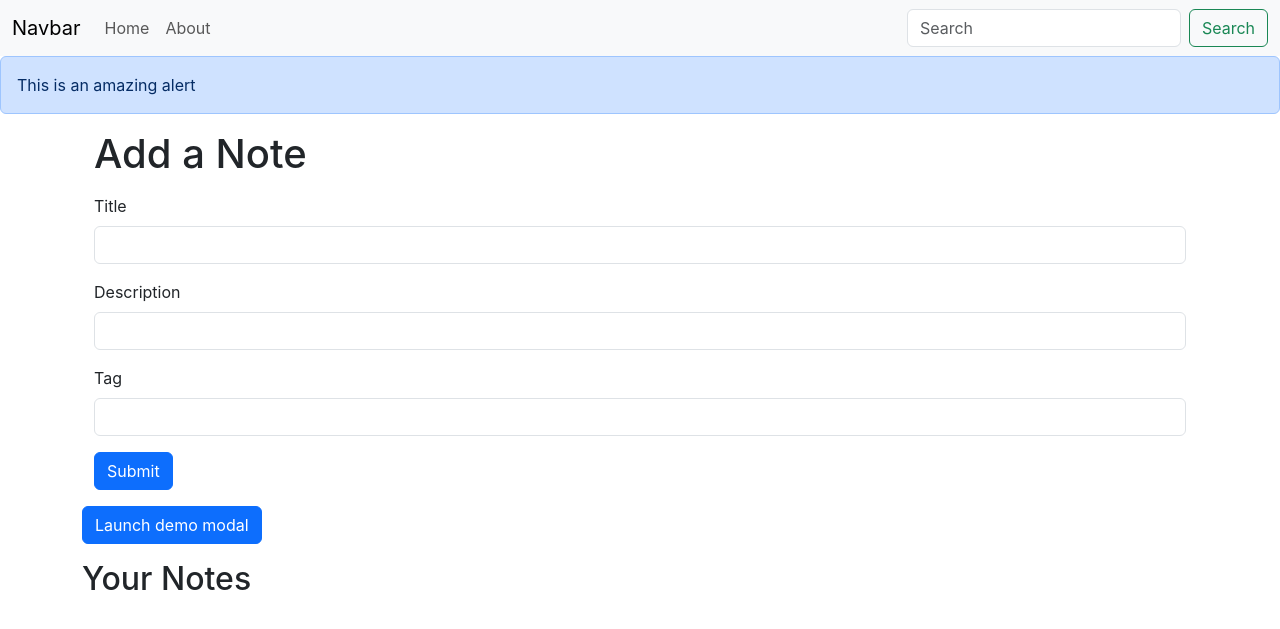
Repository: bhaveshdaipuria/inotebook
Page: /home
These files come from the project's save history. The page is drawn as it stood at one moment and after the next save; the edit follows.
The browser window is 1280 px wide. The pictures show the whole page.
The page's requests for data from a server got no answer. Some web libraries are served in a nearby version. The project was rebuilt for these pictures with package versions that can differ from the ones it lists, and the page was loaded fresh each time. No one was signed in, and anything a server would have sent is missing. Also part of the build but not shown: src/App.css, src/components/NoteItem.js, src/components/About.js.

Above is the page before, as saved 2023-05-04 18:28:47.

### public/index.html
<!DOCTYPE html>
<html lang="en">
  <head>
    <meta charset="utf-8" />
    <link rel="icon" href="%PUBLIC_URL%/favicon.ico" />
    <meta name="viewport" content="width=device-width, initial-scale=1" />
    <meta name="theme-color" content="#000000" />
    <meta
      name="description"
      content="Web site created using create-react-app"
    />
    <link rel="apple-touch-icon" href="%PUBLIC_URL%/logo192.png" />
    <link href="https://cdn.jsdelivr.net/npm/bootstrap@5.3.0-alpha3/dist/css/bootstrap.min.css" rel="stylesheet" integrity="sha384-KK94CHFLLe+nY2dmCWGMq91rCGa5gtU4mk92HdvYe+M/SXH301p5ILy+dN9+nJOZ" crossorigin="anonymous">
    <!--
      manifest.json provides metadata used when your web app is installed on a
      user's mobile device or desktop. See https://developers.google.com/web/fundamentals/web-app-manifest/
    -->
    <link rel="manifest" href="%PUBLIC_URL%/manifest.json" />
    <!--
      Notice the use of %PUBLIC_URL% in the tags above.
      It will be replaced with the URL of the `public` folder during the build.
      Only files inside the `public` folder can be referenced from the HTML.

      Unlike "/favicon.ico" or "favicon.ico", "%PUBLIC_URL%/favicon.ico" will
      work correctly both with client-side routing and a non-root public URL.
      Learn how to configure a non-root public URL by running `npm run build`.
    -->
    <title>iNotebook</title>
  </head>
  <body>
    <noscript>You need to enable JavaScript to run this app.</noscript>
    <div id="root"></div>
    <script src="https://kit.fontawesome.com/f3b880b74e.js" crossorigin="anonymous"></script>
    <!--
      This HTML file is a template.
      If you open it directly in the browser, you will see an empty page.

      You can add webfonts, meta tags, or analytics to this file.
      The build step will place the bundled scripts into the <body> tag.

      To begin the development, run `npm start` or `yarn start`.
      To create a production bundle, use `npm run build` or `yarn build`.
    -->
  </body>
  <script src="https://cdn.jsdelivr.net/npm/bootstrap@5.3.0-alpha3/dist/js/bootstrap.bundle.min.js" integrity="sha384-ENjdO4Dr2bkBIFxQpeoTz1HIcje39Wm4jDKdf19U8gI4ddQ3GYNS7NTKfAdVQSZe" crossorigin="anonymous"></script>
</html>

### src/App.js
import './App.css';
import Navbar from './components/Navbar';
import Home  from './components/Home';
import { BrowserRouter, Routes, Route } from 'react-router-dom';
import About from './components/About';
import NoteState from './context/notes/NoteState';
import Alert from './components/Alert';

function App() {
  return (
    <>
    <NoteState>
    <BrowserRouter>
    <Navbar/>
    <Alert message="This is an amazing alert"/>
    <div className='container'>
      <Routes>
      <Route exact path = '/home' element={<Home/>}/>
      <Route exact path = '/about' element={<About/>}/>
    </Routes>
    </div>
    </BrowserRouter>
    </NoteState>
    </>
  );
}

export default App;

### src/components/Navbar.js
import React, { useEffect } from "react";
import { Link, useLocation } from "react-router-dom";

function Navbar() {
  let location = useLocation();
  useEffect(()=>{
  }, [location]);
  return (
    <nav className="navbar navbar-expand-lg bg-body-tertiary">
      <div className="container-fluid">
        <Link className="navbar-brand" to="/">
          Navbar
        </Link>
        <button
          className="navbar-toggler"
          type="button"
          data-bs-toggle="collapse"
          data-bs-target="#navbarSupportedContent"
          _aria-controls="navbarSupportedContent"
          aria-expanded="false"
          aria-label="Toggle navigation"
        >
          <span className="navbar-toggler-icon"></span>
        </button>
        <div className="collapse navbar-collapse" id="navbarSupportedContent">
          <ul className="navbar-nav me-auto mb-2 mb-lg-0">
            <li className="nav-item">
              <Link className={`nav-link ${location.pathname === '/'?"active":""}`} aria-current="page" to="/home">
                Home
              </Link>
            </li>
            <li className="nav-item">
              <Link className={`nav-link ${location.pathname === '/about'?"active":""}`} to="/about">
                About
              </Link>
            </li>
          </ul>
          <form className="d-flex" role="search">
            <input
              className="form-control me-2"
              type="search"
              placeholder="Search"
              aria-label="Search"
            />
            <button className="btn btn-outline-success" type="submit">
              Search
            </button>
          </form>
        </div>
      </div>
    </nav>
  );
}

export default Navbar;

### src/components/Home.js
import React from "react";
import Notes from "./Notes";

function Home() {
  return (
    <div>
      <Notes/>
    </div>
  );
}

export default Home;

### src/context/notes/NoteState.js
import NoteContext from "./noteContext";
import { useState } from "react";

const NoteState = ({ children }) => {
  const host = "http://localhost:9000";
  const notesInitial = [];
  const [notes, setNotes] = useState(notesInitial);
  //Get notes
  const getNotes = async () => {
    const response = await fetch(`${host}/api/notes/fetchallnotes/`, {
      method: "GET",
      headers: {
        "Content-Type": "application/json",
        "auth-token":
          "eyJhbGciOiJIUzI1NiIsInR5cCI6IkpXVCJ9.eyJ1c2VyIjp7ImlkIjoiNjQ0ZjdkOTRlNjE3OTYxYTBlNjkwY2NjIn0sImlhdCI6MTY4MjkzMTA5Mn0.aha5DAd9kAFEpt6kiTIeYEcavl0bv6TrJYN4TCaER_g",
      },
    });
    const json = await response.json();
    setNotes(json);
  };

  //Add a new note
  const addNote = async (title, description, tag) => {
    const response = await fetch(`${host}/api/notes/addnote`, {
      method: "POST",
      headers: {
        "Content-Type": "application/json",
        "auth-token":"eyJhbGciOiJIUzI1NiIsInR5cCI6IkpXVCJ9.eyJ1c2VyIjp7ImlkIjoiNjQ0ZjdkOTRlNjE3OTYxYTBlNjkwY2NjIn0sImlhdCI6MTY4MjkzMTA5Mn0.aha5DAd9kAFEpt6kiTIeYEcavl0bv6TrJYN4TCaER_g",
      },
      body: JSON.stringify({ title, description, tag }),
    });
    const note = await response.json();
    setNotes(notes.concat(note));
  };

  //Delete a note
  const deleteNote = async (id) => {
    const response = await fetch(`${host}/api/notes/deletenote/${id}`, {
      method: "DELETE",
      headers: {
        "Content-Type": "application/json",
        "auth-token":
          "eyJhbGciOiJIUzI1NiIsInR5cCI6IkpXVCJ9.eyJ1c2VyIjp7ImlkIjoiNjQ0ZjdkOTRlNjE3OTYxYTBlNjkwY2NjIn0sImlhdCI6MTY4MjkzMTA5Mn0.aha5DAd9kAFEpt6kiTIeYEcavl0bv6TrJYN4TCaER_g",
      },
    });
    const json = await response.json();
    console.log(json);

    let newNotes = notes.filter((note) => {
      return note.id !== id;
    });
    setNotes(newNotes);
  };

  //Edit an existing note
  const editNote = async (id, title, description, tag) => {
    const response = await fetch(`${host}/api/notes/updatenote/${id}`, {
      method: "POST",
      headers: {
        "Content-Type": "application/json",
        "auth-token":
          "eyJhbGciOiJIUzI1NiIsInR5cCI6IkpXVCJ9.eyJ1c2VyIjp7ImlkIjoiNjQ0ZjdkOTRlNjE3OTYxYTBlNjkwY2NjIn0sImlhdCI6MTY4MjkzMTA5Mn0.aha5DAd9kAFEpt6kiTIeYEcavl0bv6TrJYN4TCaER_g",
      },
      body: JSON.stringify({ title, description, tag }),
    });

    const json = response.json();
    let newNotes = JSON.parse(JSON.stringify(notes));
    console.log(json);
    for (let index = 0; index < notes.length; index++) {
      const element = notes[index];
      if (element._id === id) {
        element.title = title;
        element.description = description;
        element.tag = tag;
        break;
      }
    }
    setNotes(newNotes);
  };

  return (
    <NoteContext.Provider
      value={{ notes, addNote, deleteNote, editNote, getNotes }}
    >
      {children}
    </NoteContext.Provider>
  );
};

export default NoteState;

### src/components/Alert.js
import React from "react";

function Alert({message}) {
  return (
    <div>
      <div className="alert alert-primary" role="alert">
        {message}
      </div>
    </div>
  );
}

export default Alert;

### src/components/Notes.js
import React, { useContext, useEffect, useRef } from "react";
import noteContext from "../context/notes/noteContext";
import NoteItem from "./NoteItem";
import AddNote from "./AddNote";

function Notes() {
  const context = useContext(noteContext);
  const { notes, getNotes } = context;
  useEffect(() => {
    getNotes();
  }, []);
  const ref = useRef(null);
  const updateNote = (note) => {
    ref.current.click();
  };
  return (
    <>
      <AddNote />
      <button
        type="button"
        ref={ref}
        className="btn btn-primary"
        data-bs-toggle="modal"
        data-bs-target="#exampleModal"
      >
        Launch demo modal
      </button>
      <div
        className="modal fade"
        id="exampleModal"
        tabIndex="-1"
        role="dialog"
        aria-labelledby="exampleModalLabel"
        ref={ref}
        aria-hidden="true"
      >
        <div className="modal-dialog" role="document">
          <div className="modal-content">
            <div className="modal-header">
              <h5 className="modal-title" id="exampleModalLabel">
                Edit Note
              </h5>
              <button
                type="button"
                className="close"
                data-bs-dismiss="modal"
                aria-label="Close"
              >
                <span aria-hidden="true">&times;</span>
              </button>
            </div>
            <div className="modal-body">...</div>
            <div className="modal-footer">
              <button
                type="button"
                className="btn btn-secondary"
                data-dismiss="modal"
              >
                Close
              </button>
              <button type="button" className="btn btn-primary">
                Save changes
              </button>
            </div>
          </div>
        </div>
      </div>
      <div className="row my-3">
        <h2>Your Notes</h2>
        {notes.map((note) => {
          return (
            <NoteItem note={note} updateNote={updateNote} key={note._id} />
          );
        })}
      </div>
    </>
  );
}

export default Notes;

### src/components/AddNote.js
import React, {useContext, useState} from "react";
import noteContext from "../context/notes/noteContext";

function AddNote() {
  const context = useContext(noteContext);
  const { addNote } = context;
  const [note, setNote] = useState({title: "", description: "", tag: ""})

  const handleClick = (e)=>{
    e.preventDefault();
    addNote(note.title, note.description, note.tag);
    setNote({title: "", description:"", tag: ""});
  }
  const onChange = (e)=>{
    setNote({...note, [e.target.name]: [e.target.value]})
  }
  return (
    <div className="container my-3">
      <h1>Add a Note</h1>
      <form className="my-3">
        <div className="mb-3">
          <label htmlFor="title" className="form-label">
            Title
          </label>
          <input
            type="text"
            className="form-control"
            id="title"
            name="title"
            aria-describedby="emailHelp"
            onChange={onChange}
          />
        </div>
        <div className="mb-3">
          <label htmlFor="description" className="form-label">
            Description
          </label>
          <input
            type="text"
            className="form-control"
            id="description"
            name="description"
            onChange={onChange}
          />
        </div>
        <div className="mb-3">
          <label htmlFor="tag" className="form-label">
            Tag
          </label>
          <input
            type="text"
            className="form-control"
            id="tag"
            name="tag"
            onChange={onChange}
          />
        </div>
        <button type="submit" className="btn btn-primary" onClick={handleClick}>
          Submit
        </button>
      </form>
    </div>
  );
}

export default AddNote;

Loaded but not shown: src/index.js (common file); src/index.css (common file); src/context/notes/noteContext.js (common file)

After the next save:
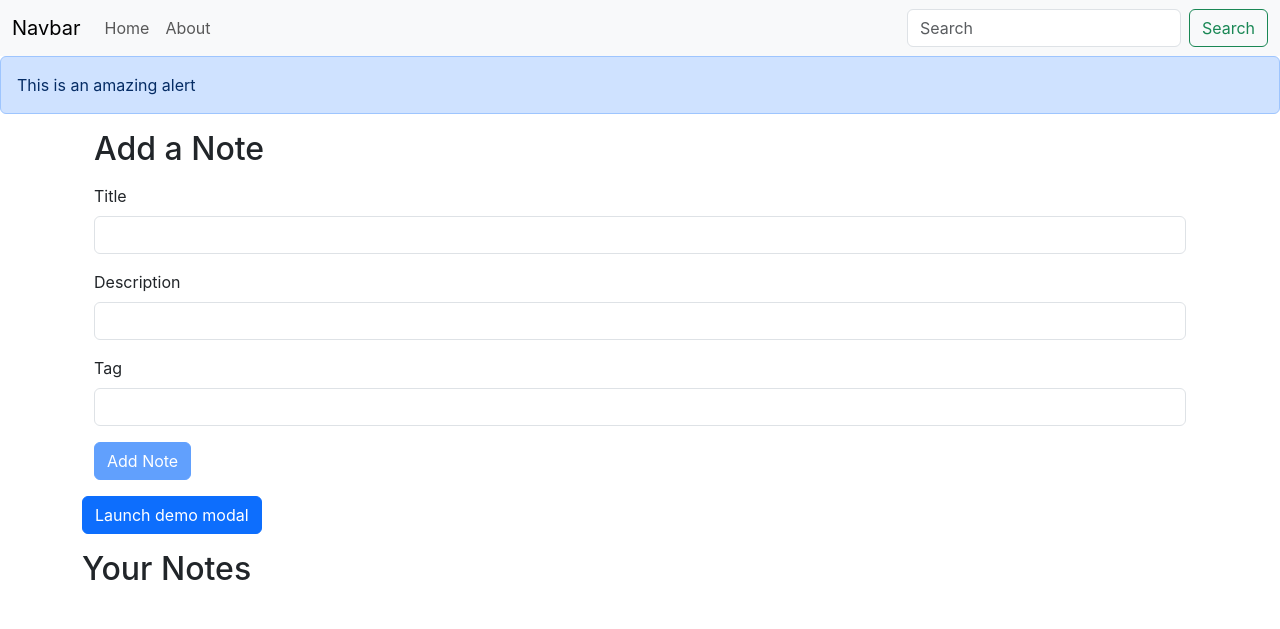
Saved 61 s later.
--- a/src/components/AddNote.js
+++ b/src/components/AddNote.js
@@ -1,66 +1,42 @@
-import React, {useContext, useState} from "react";
-import noteContext from "../context/notes/noteContext";
+import React, {useContext, useState} from 'react'
+import noteContext from "../context/notes/noteContext"
 
-function AddNote() {
-  const context = useContext(noteContext);
-  const { addNote } = context;
-  const [note, setNote] = useState({title: "", description: "", tag: ""})
+const AddNote = () => {
+    const context = useContext(noteContext);
+    const {addNote} = context;
 
-  const handleClick = (e)=>{
-    e.preventDefault();
-    addNote(note.title, note.description, note.tag);
-    setNote({title: "", description:"", tag: ""});
-  }
-  const onChange = (e)=>{
-    setNote({...note, [e.target.name]: [e.target.value]})
-  }
-  return (
-    <div className="container my-3">
-      <h1>Add a Note</h1>
-      <form className="my-3">
-        <div className="mb-3">
-          <label htmlFor="title" className="form-label">
-            Title
-          </label>
-          <input
-            type="text"
-            className="form-control"
-            id="title"
-            name="title"
-            aria-describedby="emailHelp"
-            onChange={onChange}
-          />
+    const [note, setNote] = useState({title: "", description: "", tag: ""})
+
+    const handleClick = (e)=>{
+        e.preventDefault();
+        addNote(note.title, note.description, note.tag);
+        setNote({title: "", description: "", tag: ""})
+    }
+
+    const onChange = (e)=>{
+        setNote({...note, [e.target.name]: e.target.value})
+    }
+    return (
+        <div className="container my-3">
+            <h2>Add a Note</h2>
+            <form className="my-3">
+                <div className="mb-3">
+                    <label htmlFor="title" className="form-label">Title</label>
+                    <input type="text" className="form-control" id="title" name="title" aria-describedby="emailHelp" value={note.title} onChange={onChange} minLength={5} required />
+                </div>
+                <div className="mb-3">
+                    <label htmlFor="description" className="form-label">Description</label>
+                    <input type="text" className="form-control" id="description" name="description" value={note.description} onChange={onChange} minLength={5} required />
+                </div>
+                <div className="mb-3">
+                    <label htmlFor="tag" className="form-label">Tag</label>
+                    <input type="text" className="form-control" id="tag" name="tag" value={note.tag} onChange={onChange} minLength={5} required />
+                </div>
+
+                <button disabled={note.title.length<5 || note.description.length<5} type="submit" className="btn btn-primary" onClick={handleClick}>Add Note</button>
+            </form>
         </div>
-        <div className="mb-3">
-          <label htmlFor="description" className="form-label">
-            Description
-          </label>
-          <input
-            type="text"
-            className="form-control"
-            id="description"
-            name="description"
-            onChange={onChange}
-          />
-        </div>
-        <div className="mb-3">
-          <label htmlFor="tag" className="form-label">
-            Tag
-          </label>
-          <input
-            type="text"
-            className="form-control"
-            id="tag"
-            name="tag"
-            onChange={onChange}
-          />
-        </div>
-        <button type="submit" className="btn btn-primary" onClick={handleClick}>
-          Submit
-        </button>
-      </form>
-    </div>
-  );
+    )
 }
 
-export default AddNote;
+export default AddNote
